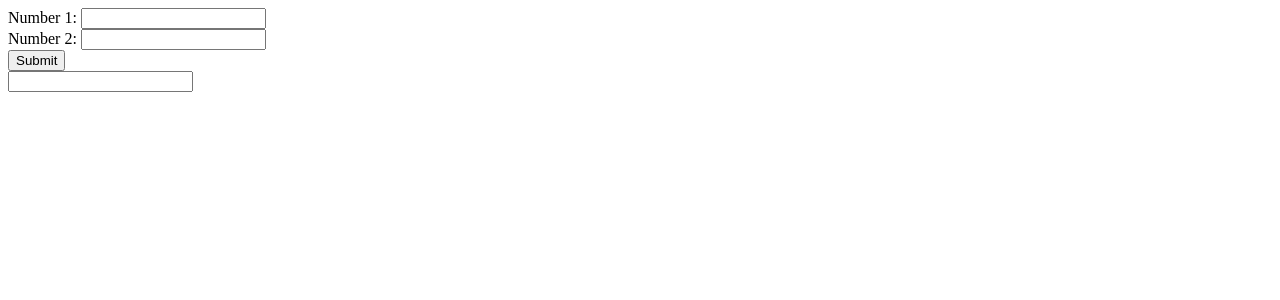
Repository: jagasia/sep-07
Page: http://localhost/SEP-07-02/
The author's editor kept a copy of each file at every save. The page is drawn from the files as they stood at one save, then again after the next save.
The browser window is 1280 px wide. The pictures show the whole page.
The page is served by Tomcat 9. Other server files are loaded and not shown.

Above is the page before, as saved 2022-09-07 08:44:30.

### SEP-07-02/WebContent/index.jsp
<%@ page language="java" contentType="text/html; charset=ISO-8859-1"
    pageEncoding="ISO-8859-1"%>
<!DOCTYPE html>
<html>
<head>
<meta charset="ISO-8859-1">
<title>Insert title here</title>
</head>
<body>
<form action="myservlet">
Number 1: <input type="number" name="no1" value="${param.no1 }" /><br/>
Number 2: <input type="number" name="no2" value="${param.no2 }" /><br/>
<input type="submit" />
</form>
<input type="text" value="${param.result} " />
</body>
</html>

After the next save:
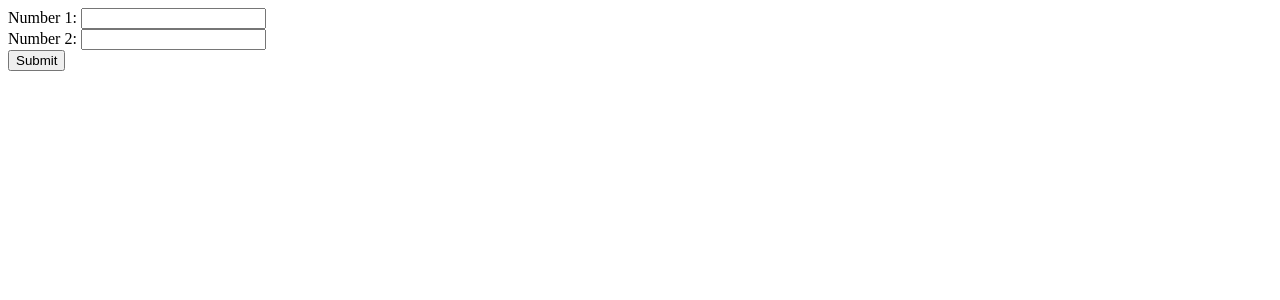
Saved 41 s later.
--- a/SEP-07-02/WebContent/index.jsp
+++ b/SEP-07-02/WebContent/index.jsp
@@ -12,6 +12,6 @@ Number 1: <input type="number" name="no1" value="${param.no1 }" /><br/>
 Number 2: <input type="number" name="no2" value="${param.no2 }" /><br/>
 <input type="submit" />
 </form>
-<input type="text" value="${param.result} " />
+${param.result }
 </body>
 </html>
